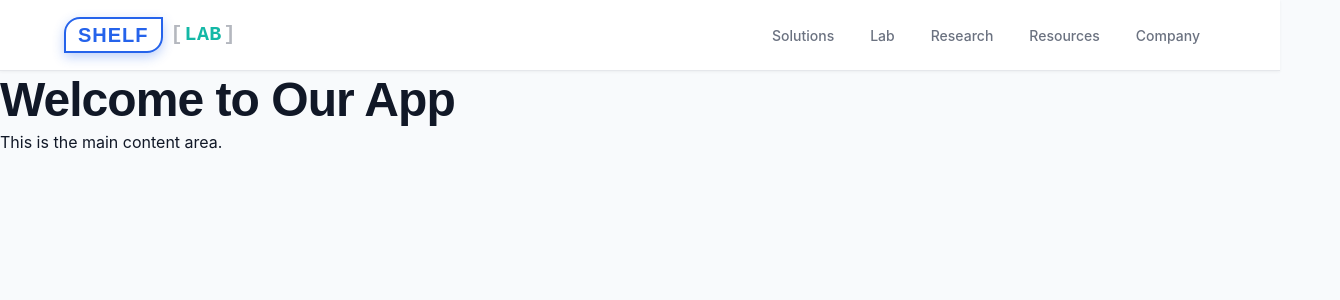
Repository: VladimirGagarin/shelf
Page: /
These files come from the project's save history. The page is drawn as it stood at one moment and after the next save; the edit follows.
The browser window is 1280 px wide. The page is 1340 px wide, so the pictures cover 1340 px, including what lies to the right of the window. The pictures show the whole page.
The project was rebuilt for these pictures with package versions that can differ from the ones it lists, and the page was loaded fresh each time. Also part of the build but not shown: vite.config.js, src/App.css, src/About/about.jsx.

Above is the page before, as saved 2026-07-13 18:36:32.

### index.html
<!doctype html>
<html lang="en">
  <head>
    <meta charset="UTF-8" />
    <link rel="icon" type="image/svg+xml" href="/favicon.svg" />
    <meta name="viewport" content="width=device-width, initial-scale=1.0" />
    <title>shelf-lab</title>
  </head>
  <body>
    <div id="root"></div>
    <script type="module" src="/src/main.jsx"></script>
  </body>
</html>

### src/main.jsx
import { StrictMode } from 'react'
import { createRoot } from 'react-dom/client'
import './index.css'
import App from './App.jsx'
import { createBrowserRouter, RouterProvider } from "react-router-dom";
import AboutPage from './About/about.jsx'

const router = createBrowserRouter([
  {
    path: "/",
    element: <App />,
  },
  {
    path: "/about",
    element: <AboutPage />,
  },
  {
    path:"*",
    element: <App/>,
  }
]);

createRoot(document.getElementById('root')).render(
  <StrictMode>
    <RouterProvider router={router} />
  </StrictMode>,
)

### src/App.jsx
import Navbar from "./Shared/components/Navbar"
import './App.css'

function App() {


  return (
    <>
      <Navbar />
      <section className="LandingPage">
        <h1>Welcome to Our App</h1>
        <p>This is the main content area.</p>
      </section>
      <section className="LandingPage"></section>
    </>
  )
}

export default App

### src/Shared/components/Navbar.jsx
import "./Navbar.css";
import { FaBars, FaTimes } from "react-icons/fa";
import { useState, useEffect, useRef } from "react";

export default function Navbar() {
  const [isMobile, setIsMobile] = useState(window.innerWidth <= 768);
  const [isMenuOpen, setIsMenuOpen] = useState(false);
  const menuRef = useRef(null);
  const buttonRef = useRef(null);

  // Handle window resize
  useEffect(() => {
    const handleResize = () => {
      const mobile = window.innerWidth <= 768;
      setIsMobile(mobile);
      if (!mobile) setIsMenuOpen(false); // Close menu on desktop
    };

    window.addEventListener("resize", handleResize);
    return () => window.removeEventListener("resize", handleResize);
  }, []);

  // Handle click outside to close menu
  useEffect(() => {
    const handleClickOutside = (event) => {
      if (
        isMenuOpen &&
        menuRef.current &&
        !menuRef.current.contains(event.target) &&
        !buttonRef.current.contains(event.target)
      ) {
        setIsMenuOpen(false);
      }
    };

    document.addEventListener("mousedown", handleClickOutside);
    return () => document.removeEventListener("mousedown", handleClickOutside);
  }, [isMenuOpen]);

  // Handle escape key to close menu
  useEffect(() => {
    const handleEscape = (event) => {
      if (isMenuOpen && event.key === "Escape") {
        setIsMenuOpen(false);
      }
    };

    document.addEventListener("keydown", handleEscape);
    return () => document.removeEventListener("keydown", handleEscape);
  }, [isMenuOpen]);

  // Prevent body scroll when menu is open on mobile
  useEffect(() => {
    if (isMenuOpen && isMobile) {
      document.body.style.overflow = "hidden";
    } else {
      document.body.style.overflow = "unset";
    }
    return () => {
      document.body.style.overflow = "unset";
    };
  }, [isMenuOpen, isMobile]);

  const toggleMenu = () => {
    setIsMenuOpen(!isMenuOpen);
  };

  const navItems = [
    {
      title: "Solutions",
      children: [
        { label: "Services", link: "/services" },
        { label: "Industries", link: "/industries" },
        { label: "Case Studies", link: "/case-studies" },
        { label: "Request Solution", link: "/request" },
      ],
    },
    {
      title: "Lab",
      children: [
        { label: "Algorithms", link: "/algorithms" },
        { label: "Experiments", link: "/experiments" },
        { label: "Challenges", link: "/challenges" },
        { label: "Demos", link: "/demos" },
      ],
    },
    {
      title: "Research",
      children: [
        { label: "Research Lab", link: "/research" },
        { label: "Benchmarks", link: "/benchmarks" },
        { label: "Publications", link: "/publications" },
      ],
    },
    {
      title: "Resources",
      children: [
        { label: "Blog", link: "/blog" },
        { label: "Tutorials", link: "/tutorials" },
        { label: "Documentation", link: "/docs" },
      ],
    },
    {
      title: "Company",
      children: [
        { label: "About", link: "/about" },
        { label: "Careers", link: "/careers" },
        { label: "Contact", link: "/contact" },
      ],
    },
  ];

  return (
    <>
      <nav className="navbar" role="navigation" aria-label="Main navigation">
        <div className="navbar-container">
          {/* Logo */}
          <div className="nav-logo">
            <a href="/" aria-label="ShelfLab Home">
              <h2 className="hero-title">
                <span className="shelf-box">SHELF</span>
                <span className="lab-text">LAB</span>
              </h2>
            </a>
          </div>

          {/* Desktop Menu */}
          {!isMobile && (
            <div className="nav-menu">
              <ul className="nav-list">
                {navItems.map((item, index) => (
                  <li key={index} className="nav-item">
                    <button
                      className="nav-link"
                      aria-haspopup="true"
                      aria-expanded="false"
                    >
                      {item.title}
                    </button>
                    <ul className="dropdown-menu">
                      {item.children.map((child, childIndex) => (
                        <li key={childIndex}>
                          <a href={child.link} className="dropdown-link">
                            {child.label}
                          </a>
                        </li>
                      ))}
                    </ul>
                  </li>
                ))}
              </ul>
            </div>
          )}

          {/* Mobile Menu Button */}
          {isMobile && (
            <button
              ref={buttonRef}
              className="menu-toggle"
              onClick={toggleMenu}
              aria-label={isMenuOpen ? "Close menu" : "Open menu"}
              aria-expanded={isMenuOpen}
              aria-controls="mobile-menu"
            >
              {isMenuOpen ? <FaTimes /> : <FaBars />}
            </button>
          )}
        </div>
      </nav>

      {/* Mobile Menu Overlay */}
      {isMobile && (
        <div
          id="mobile-menu"
          ref={menuRef}
          className={`mobile-menu ${isMenuOpen ? "open" : ""}`}
          role="dialog"
          aria-modal="true"
          aria-label="Mobile navigation"
        >
          <div className="mobile-menu-content">
            <ul className="mobile-nav-list">
              {navItems.map((item, index) => (
                <li key={index} className="mobile-nav-item">
                  <div className="mobile-nav-header">
                    <span>{item.title}</span>
                  </div>
                  <ul className="mobile-submenu">
                    {item.children.map((child, childIndex) => (
                      <li key={childIndex}>
                        <a
                          href={child.link}
                          className="mobile-nav-link"
                          onClick={() => setIsMenuOpen(false)}
                        >
                          {child.label}
                        </a>
                      </li>
                    ))}
                  </ul>
                </li>
              ))}
            </ul>
          </div>
        </div>
      )}
    </>
  );
}

### src/About/about.css
/* about.css */

/* ========================================
   ABOUT PAGE STYLES
   ======================================== */

   :root {
  /* ===== COLORS ===== */
  /* Backgrounds */
  --bg-primary: #F8FAFC;
  --bg-surface: #FFFFFF;
  --bg-card: #FFFFFF;

  /* Primary */
  --color-primary: #2563EB;
  --color-primary-hover: #1D4ED8;

  /* Accent */
  --color-accent: #14B8A6;

  /* Text */
  --color-text: #111827;
  --color-text-secondary: #6B7280;

  /* Borders */
  --color-border: #E5E7EB;

  /* Status */
  --color-success: #22C55E;
  --color-warning: #F59E0B;
  --color-danger: #EF4444;

  /* ===== TYPOGRAPHY ===== */
  /* Font Families */
  --font-heading: 'Space Grotesk', 'Sora', sans-serif;
  --font-body: 'Inter', -apple-system, BlinkMacSystemFont, 'Segoe UI', Roboto, sans-serif;
  --font-code: 'JetBrains Mono', 'Fira Code', 'Cascadia Code', monospace;

  /* Font Sizes */
  --text-xs: 0.75rem;    /* 12px */
  --text-sm: 0.875rem;   /* 14px */
  --text-base: 1rem;     /* 16px */
  --text-lg: 1.125rem;   /* 18px */
  --text-xl: 1.25rem;    /* 20px */
  --text-2xl: 1.5rem;    /* 24px */
  --text-3xl: 1.875rem;  /* 30px */
  --text-4xl: 2.25rem;   /* 36px */
  --text-5xl: 3rem;      /* 48px */

  /* Font Weights */
  --font-light: 300;
  --font-regular: 400;
  --font-medium: 500;
  --font-semibold: 600;
  --font-bold: 700;
}

/* ===== DARK THEME ===== */
@media (prefers-color-scheme: dark) {
  :root {
    /* Backgrounds */
    --bg-primary: #0B1220;
    --bg-surface: #111827;
    --bg-card: #1E293B;

    /* Primary */
    --color-primary: #3B82F6;
    --color-primary-hover: #2563EB;

    /* Accent */
    --color-accent: #2DD4BF;

    /* Text */
    --color-text: #F8FAFC;
    --color-text-secondary: #CBD5E1;

    /* Borders */
    --color-border: #334155;

    /* Status */
    --color-success: #22C55E;
    --color-warning: #FBBF24;
    --color-danger: #F87171;
  }
}

/* ========================================
   HERO SECTION
   ======================================== */

.hero-section {
  min-height: 80vh;
  display: flex;
  align-items: center;
  background: linear-gradient(135deg, var(--bg-primary) 0%, var(--bg-surface) 100%);
  padding: 4rem 2rem;
  position: relative;
  overflow: hidden;
}

.hero-content {
  flex: 1;
  max-width: 700px;
  position: relative;
  z-index: 2;
}

.hero-badge {
  display: inline-block;
  background: var(--color-primary);
  color: white;
  padding: 0.25rem 1rem;
  border-radius: 50px;
  font-size: var(--text-xs);
  font-weight: var(--font-semibold);
  text-transform: uppercase;
  letter-spacing: 0.05em;
  margin-bottom: 1.5rem;
}

.hero-content h1 {
  font-size: var(--text-5xl);
  font-weight: var(--font-bold);
  color: var(--color-text);
  margin-bottom: 0.5rem;
  letter-spacing: -0.02em;
}

.hero-content h2 {
  font-size: var(--text-3xl);
  font-weight: var(--font-medium);
  color: var(--color-primary);
  margin-bottom: 1.5rem;
}

.hero-description {
  font-size: var(--text-lg);
  color: var(--color-text-secondary);
  line-height: 1.8;
  max-width: 550px;
  margin-bottom: 2rem;
}

.cta-group {
  display: flex;
  gap: 1rem;
  flex-wrap: wrap;
}

.btn-primary {
  display: inline-flex;
  align-items: center;
  gap: 0.5rem;
  background: var(--color-primary);
  color: white;
  padding: 0.75rem 1.75rem;
  border-radius: 0.5rem;
  font-weight: var(--font-medium);
  text-decoration: none;
  transition: all 0.3s ease;
}

.btn-primary:hover {
  background: var(--color-primary-hover);
  transform: translateY(-2px);
  box-shadow: 0 10px 20px rgba(37, 99, 235, 0.3);
}

.btn-secondary {
  display: inline-flex;
  align-items: center;
  gap: 0.5rem;
  background: transparent;
  color: var(--color-text);
  padding: 0.75rem 1.75rem;
  border: 2px solid var(--color-border);
  border-radius: 0.5rem;
  font-weight: var(--font-medium);
  text-decoration: none;
  transition: all 0.3s ease;
}

.btn-secondary:hover {
  border-color: var(--color-primary);
  color: var(--color-primary);
  transform: translateY(-2px);
}

.hero-visual {
  flex: 1;
  position: relative;
  min-height: 400px;
}

.floating-shapes {
  position: relative;
  width: 100%;
  height: 100%;
}

.shape {
  position: absolute;
  border-radius: 50%;
  background: var(--color-primary);
  opacity: 0.1;
  animation: float 6s ease-in-out infinite;
}

.shape-1 {
  width: 200px;
  height: 200px;
  top: 20%;
  right: 20%;
  animation-delay: 0s;
}

.shape-2 {
  width: 150px;
  height: 150px;
  top: 50%;
  right: 50%;
  animation-delay: 2s;
  background: var(--color-accent);
}

.shape-3 {
  width: 100px;
  height: 100px;
  top: 10%;
  right: 60%;
  animation-delay: 4s;
  background: var(--color-success);
}

@keyframes float {
  0%, 100% { transform: translateY(0) rotate(0deg); }
  50% { transform: translateY(-20px) rotate(10deg); }
}

/* ========================================
   WHO WE ARE SECTION
   ======================================== */

.who-we-are-section {
  padding: 5rem 2rem;
  background: var(--bg-surface);
}

.section-container {
  max-width: 1200px;
  margin: 0 auto;
}

.section-header {
  text-align: center;
  margin-bottom: 3rem;
}

.section-tag {
  display: inline-block;
  color: var(--color-primary);
  font-size: var(--text-xs);
  font-weight: var(--font-semibold);
  text-transform: uppercase;
  letter-spacing: 0.1em;
  margin-bottom: 0.5rem;
}

.section-header h2 {
  font-size: var(--text-4xl);
  font-weight: var(--font-bold);
  color: var(--color-text);
  margin-bottom: 0.75rem;
}

.section-subtitle {
  font-size: var(--text-lg);
  color: var(--color-text-secondary);
  max-width: 600px;
  margin: 0 auto;
}

.who-we-are-grid {
  display: grid;
  grid-template-columns: 1fr 1fr;
  gap: 4rem;
  align-items: center;
}

.who-we-are-content p {
  font-size: var(--text-lg);
  color: var(--color-text-secondary);
  line-height: 1.8;
  margin-bottom: 1.5rem;
}

.who-we-are-stats {
  display: grid;
  grid-template-columns: 1fr 1fr 1fr;
  gap: 2rem;
}

.stat-item {
  text-align: center;
  padding: 2rem;
  background: var(--bg-primary);
  border-radius: 0.75rem;
  border: 1px solid var(--color-border);
}

.stat-number {
  display: block;
  font-size: var(--text-3xl);
  font-weight: var(--font-bold);
  color: var(--color-primary);
  margin-bottom: 0.5rem;
}

.stat-label {
  font-size: var(--text-sm);
  color: var(--color-text-secondary);
}

/* ========================================
   MISSION SECTION
   ======================================== */

.mission-section {
  padding: 5rem 2rem;
  background: linear-gradient(135deg, var(--bg-primary) 0%, var(--bg-surface) 100%);
}

.mission-grid {
  display: grid;
  grid-template-columns: 1fr 1fr;
  gap: 3rem;
  max-width: 1000px;
  margin: 0 auto;
}

.mission-card {
  background: var(--bg-card);
  padding: 3rem;
  border-radius: 1rem;
  border: 1px solid var(--color-border);
  text-align: center;
  transition: all 0.3s ease;
}

.mission-card:hover {
  transform: translateY(-5px);
  box-shadow: 0 20px 40px rgba(0, 0, 0, 0.08);
}

.mission-icon {
  font-size: 3rem;
  margin-bottom: 1rem;
}

.mission-card h3 {
  font-size: var(--text-2xl);
  font-weight: var(--font-bold);
  color: var(--color-text);
  margin-bottom: 1rem;
}

.mission-card p {
  color: var(--color-text-secondary);
  line-height: 1.8;
}

/* ========================================
   PRINCIPLES SECTION
   ======================================== */

.principles-section {
  padding: 5rem 2rem;
  background: var(--bg-surface);
}

.principles-cards {
  display: grid;
  grid-template-columns: repeat(auto-fit, minmax(250px, 1fr));
  gap: 2rem;
}

.principle-card {
  background: var(--bg-card);
  padding: 2.5rem 2rem;
  border-radius: 1rem;
  border: 1px solid var(--color-border);
  text-align: center;
  transition: all 0.3s ease;
}

.principle-card:hover {
  transform: translateY(-5px);
  border-color: var(--color-primary);
  box-shadow: 0 10px 30px rgba(37, 99, 235, 0.1);
}

.principle-icon-wrapper {
  display: inline-flex;
  align-items: center;
  justify-content: center;
  width: 64px;
  height: 64px;
  border-radius: 50%;
  background: var(--bg-primary);
  color: var(--color-primary);
  font-size: 1.5rem;
  margin-bottom: 1rem;
  transition: all 0.3s ease;
}

.principle-card:hover .principle-icon-wrapper {
  background: var(--color-primary);
  color: white;
}

.principle-card h3 {
  font-size: var(--text-xl);
  font-weight: var(--font-semibold);
  color: var(--color-text);
  margin-bottom: 0.5rem;
}

.principle-tagline {
  color: var(--color-primary);
  font-weight: var(--font-medium);
  margin-bottom: 0.75rem;
}

.principle-description {
  color: var(--color-text-secondary);
  font-size: var(--text-sm);
  line-height: 1.6;
}

/* ========================================
   WORKFLOW SECTION
   ======================================== */

.workflow-section {
  padding: 5rem 2rem;
  background: var(--bg-primary);
}

.workflow-steps {
  display: flex;
  justify-content: space-between;
  align-items: flex-start;
  gap: 1rem;
  overflow-x: auto;
  padding: 1rem 0;
}

.workflow-step-wrapper {
  display: flex;
  align-items: center;
  flex: 1;
  min-width: 140px;
}

.step-card {
  background: var(--bg-card);
  padding: 2rem 1.5rem;
  border-radius: 0.75rem;
  border: 1px solid var(--color-border);
  text-align: center;
  flex: 1;
  transition: all 0.3s ease;
  position: relative;
}

.step-card:hover {
  transform: translateY(-5px);
  border-color: var(--color-primary);
  box-shadow: 0 10px 30px rgba(37, 99, 235, 0.1);
}

.step-number {
  display: inline-flex;
  align-items: center;
  justify-content: center;
  width: 40px;
  height: 40px;
  border-radius: 50%;
  background: var(--color-primary);
  color: white;
  font-weight: var(--font-bold);
  margin-bottom: 1rem;
}

.step-icon {
  font-size: 1.5rem;
  color: var(--color-primary);
  margin-bottom: 0.75rem;
}

.step-card h3 {
  font-size: var(--text-base);
  font-weight: var(--font-semibold);
  color: var(--color-text);
  margin-bottom: 0.5rem;
}

.step-card p {
  font-size: var(--text-xs);
  color: var(--color-text-secondary);
}

.step-connector {
  color: var(--color-text-secondary);
  font-size: 1.5rem;
  padding: 0 0.5rem;
  flex-shrink: 0;
}

/* ========================================
   INDUSTRIES SECTION
   ======================================== */

.industries-section {
  padding: 5rem 2rem;
  background: var(--bg-surface);
}

.industries-grid {
  display: grid;
  grid-template-columns: repeat(auto-fit, minmax(250px, 1fr));
  gap: 2rem;
}

.industry-card {
  background: var(--bg-card);
  padding: 2.5rem 2rem;
  border-radius: 1rem;
  border: 1px solid var(--color-border);
  text-align: center;
  transition: all 0.3s ease;
}

.industry-card:hover {
  transform: translateY(-5px);
  box-shadow: 0 10px 30px rgba(0, 0, 0, 0.08);
}

.industry-icon {
  font-size: 2.5rem;
  color: var(--color-primary);
  margin-bottom: 1rem;
}

.industry-card h3 {
  font-size: var(--text-xl);
  font-weight: var(--font-semibold);
  color: var(--color-text);
  margin-bottom: 1rem;
}

.industry-items {
  list-style: none;
  padding: 0;
  margin: 0;
}

.industry-items li {
  padding: 0.5rem 0;
  color: var(--color-text-secondary);
  font-size: var(--text-sm);
  border-bottom: 1px solid var(--color-border);
}

.industry-items li:last-child {
  border-bottom: none;
}

/* ========================================
   WHY SHELFLAB SECTION
   ======================================== */

.why-shelflab-section {
  padding: 5rem 2rem;
  background: var(--bg-primary);
}

.why-shelflab-grid {
  display: grid;
  grid-template-columns: repeat(auto-fit, minmax(300px, 1fr));
  gap: 2rem;
}

.why-shelflab-card {
  background: var(--bg-card);
  padding: 3rem 2rem;
  border-radius: 1rem;
  border: 1px solid var(--color-border);
  text-align: center;
  transition: all 0.3s ease;
}

.why-shelflab-card:hover {
  transform: translateY(-5px);
  box-shadow: 0 10px 30px rgba(0, 0, 0, 0.08);
}

.pillar-icon {
  font-size: 3rem;
  color: var(--color-primary);
  margin-bottom: 1rem;
}

.why-shelflab-card h3 {
  font-size: var(--text-xl);
  font-weight: var(--font-semibold);
  color: var(--color-text);
  margin-bottom: 0.75rem;
}

.why-shelflab-card p {
  color: var(--color-text-secondary);
  line-height: 1.6;
}

/* ========================================
   CTA SECTION
   ======================================== */

.cta-section {
  padding: 5rem 2rem;
  background: linear-gradient(135deg, var(--color-primary) 0%, var(--color-primary-hover) 100%);
  text-align: center;
  position: relative;
  overflow: hidden;
}

.cta-section::before {
  content: '';
  position: absolute;
  top: -50%;
  right: -50%;
  width: 100%;
  height: 200%;
  background: rgba(255, 255, 255, 0.05);
  transform: rotate(30deg);
}

.cta-content {
  position: relative;
  z-index: 1;
  max-width: 700px;
  margin: 0 auto;
}

.cta-content h2 {
  font-size: var(--text-4xl);
  font-weight: var(--font-bold);
  color: white;
  margin-bottom: 1.5rem;
}

.cta-content p {
  font-size: var(--text-lg);
  color: rgba(255, 255, 255, 0.9);
  line-height: 1.8;
  margin-bottom: 2rem;
}

.btn-large {
  padding: 1rem 2.5rem;
  font-size: var(--text-lg);
  background: white;
  color: var(--color-primary);
}

.btn-large:hover {
  background: var(--bg-primary);
  transform: translateY(-3px);
  box-shadow: 0 15px 30px rgba(0, 0, 0, 0.2);
}

/* ========================================
   FOOTER
   ======================================== */

.footer {
  background: var(--bg-surface);
  border-top: 1px solid var(--color-border);
  padding: 3rem 2rem 1rem;
}

.footer-content {
  max-width: 1200px;
  margin: 0 auto;
  display: grid;
  grid-template-columns: 2fr 3fr;
  gap: 3rem;
  margin-bottom: 2rem;
}

.footer-brand h2 {
  font-size: var(--text-2xl);
  color: var(--color-primary);
  margin-bottom: 0.5rem;
}

.footer-brand p {
  color: var(--color-text-secondary);
}

.footer-links {
  display: grid;
  grid-template-columns: repeat(3, 1fr);
  gap: 2rem;
}

.footer-column h4 {
  font-size: var(--text-sm);
  font-weight: var(--font-semibold);
  color: var(--color-text);
  margin-bottom: 1rem;
}

.footer-column a {
  display: block;
  color: var(--color-text-secondary);
  text-decoration: none;
  padding: 0.25rem 0;
  font-size: var(--text-sm);
  transition: color 0.3s ease;
}

.footer-column a:hover {
  color: var(--color-primary);
}

.footer-bottom {
  max-width: 1200px;
  margin: 0 auto;
  padding-top: 2rem;
  border-top: 1px solid var(--color-border);
  text-align: center;
}

.footer-bottom p {
  color: var(--color-text-secondary);
  font-size: var(--text-sm);
}

/* ========================================
   RESPONSIVE DESIGN
   ======================================== */

@media (max-width: 1024px) {
  .hero-section {
    flex-direction: column;
    text-align: center;
    padding: 3rem 1.5rem;
  }

  .hero-content {
    max-width: 100%;
  }

  .hero-description {
    margin: 0 auto 2rem;
  }

  .cta-group {
    justify-content: center;
  }

  .who-we-are-grid {
    grid-template-columns: 1fr;
    gap: 2rem;
  }

  .mission-grid {
    grid-template-columns: 1fr;
    gap: 2rem;
  }

  .footer-content {
    grid-template-columns: 1fr;
    gap: 2rem;
  }
}

@media (max-width: 768px) {
  .hero-content h1 {
    font-size: var(--text-3xl);
  }

  .hero-content h2 {
    font-size: var(--text-2xl);
  }

  .hero-description {
    font-size: var(--text-base);
  }

  .who-we-are-stats {
    grid-template-columns: 1fr;
    gap: 1rem;
  }

  .workflow-steps {
    flex-direction: column;
    align-items: stretch;
  }

  .workflow-step-wrapper {
    flex-direction: column;
    min-width: auto;
  }

  .step-connector {
    transform: rotate(90deg);
    padding: 0.5rem 0;
  }

  .footer-links {
    grid-template-columns: 1fr 1fr;
  }

  .cta-content h2 {
    font-size: var(--text-3xl);
  }

  .principles-cards {
    grid-template-columns: 1fr 1fr;
  }
}

@media (max-width: 480px) {
  .hero-section {
    padding: 2rem 1rem;
    min-height: 60vh;
  }

  .hero-content h1 {
    font-size: var(--text-2xl);
  }

  .hero-content h2 {
    font-size: var(--text-xl);
  }

  .cta-group {
    flex-direction: column;
    align-items: center;
  }

  .btn-primary,
  .btn-secondary {
    width: 100%;
    justify-content: center;
  }

  .principles-cards {
    grid-template-columns: 1fr;
  }

  .industries-grid {
    grid-template-columns: 1fr;
  }

  .why-shelflab-grid {
    grid-template-columns: 1fr;
  }

  .footer-links {
    grid-template-columns: 1fr;
  }

  .section-header h2 {
    font-size: var(--text-3xl);
  }

  .mission-card {
    padding: 2rem 1.5rem;
  }
}

/* ========================================
   DARK THEME OVERRIDES
   ======================================== */

@media (prefers-color-scheme: dark) {
  .hero-section {
    background: linear-gradient(135deg, var(--bg-primary) 0%, var(--bg-surface) 100%);
  }

  .mission-section {
    background: linear-gradient(135deg, var(--bg-primary) 0%, var(--bg-surface) 100%);
  }

  .principle-card:hover {
    box-shadow: 0 10px 30px rgba(59, 130, 246, 0.15);
  }

  .stat-item {
    background: var(--bg-surface);
  }

  .cta-section {
    background: linear-gradient(135deg, #1D4ED8 0%, #1E3A8A 100%);
  }
}

/* ========================================
   ACCESSIBILITY
   ======================================== */

@media (prefers-reduced-motion: reduce) {
  * {
    animation-duration: 0.01ms !important;
    animation-iteration-count: 1 !important;
    transition-duration: 0.01ms !important;
  }
}

:focus-visible {
  outline: 2px solid var(--color-primary);
  outline-offset: 2px;
}

/* ========================================
   HERO TITLE WITH STYLED SHELF & LAB
   ======================================== */

.hero-title {
  font-size: var(--text-5xl);
  font-weight: var(--font-bold);
  color: var(--color-text);
  margin-bottom: 0.5rem;
  letter-spacing: -0.02em;
  display: flex;
  align-items: center;
  flex-wrap: wrap;
  gap: 0.25rem;
}

/* SHELF in a box */
.shelf-box {
  display: inline-block;
  background: #;
  color: var(--color-primary);
  padding: 0.25rem 0.75rem;
  border: 2px solid var(--color-primary);
  font-family: var(--font-heading);
  font-weight: var(--font-bold);
  letter-spacing: 0.05em;
  position: relative;
  transition: all 0.3s ease;
  box-shadow: 0 4px 12px rgba(37, 99, 235, 0.3);

  /* Individual corner control */
  border-top-left-radius: 16px;
  border-top-right-radius: 0px;
  border-bottom-right-radius: 16px;
  border-bottom-left-radius: 0px;
}

.shelf-box:hover {
  transform: scale(1.05);
  box-shadow: 0 8px 24px rgba(37, 99, 235, 0.4);
}

/* LAB in different font */
.lab-text {
  display: inline-block;
  font-family: var(--font-code);
  font-weight: var(--font-bold);
  color: var(--color-accent);
  letter-spacing: 0.02em;
  position: relative;
  padding: 0 0.25rem;
  transition: all 0.3s ease;
}

.lab-text::before {
  content: '[';
  color: var(--color-text-secondary);
  opacity: 0.5;
  margin-right: 0.1rem;
}

.lab-text::after {
  content: ']';
  color: var(--color-text-secondary);
  opacity: 0.5;
  margin-left: 0.1rem;
}

.lab-text:hover {
  color: var(--color-primary);
  transform: translateY(-2px);
}

/* Alternative: If you want LAB in a different color and font with badge style */
.lab-text-badge {
  display: inline-block;
  font-family: var(--font-code);
  font-weight: var(--font-bold);
  background: var(--bg-card);
  color: var(--color-accent);
  padding: 0.1rem 0.5rem;
  border-radius: 0.25rem;
  border: 2px solid var(--color-accent);
  letter-spacing: 0.05em;
  transition: all 0.3s ease;
}

.lab-text-badge:hover {
  background: var(--color-accent);
  color: white;
  transform: rotate(-2deg) scale(1.05);
}

/* ========================================
   RESPONSIVE ADJUSTMENTS FOR TITLE
   ======================================== */

@media (max-width: 768px) {
  .hero-title {
    font-size: var(--text-3xl);
    gap: 0.15rem;
  }

  .shelf-box {
    padding: 0.05rem 0.5rem;
    font-size: var(--text-3xl);
  }

  .lab-text {
    font-size: var(--text-3xl);
  }
}

@media (max-width: 480px) {
  .hero-title {
    font-size: var(--text-2xl);
    gap: 0.1rem;
  }

  .shelf-box {
    padding: 0.05rem 0.4rem;
    font-size: var(--text-2xl);
  }

  .lab-text {
    font-size: var(--text-2xl);
  }
}

Loaded but not shown: src/Shared/components/Navbar.css (606 lines, source omitted); src/index.css (384 lines, source omitted)

After the next save:
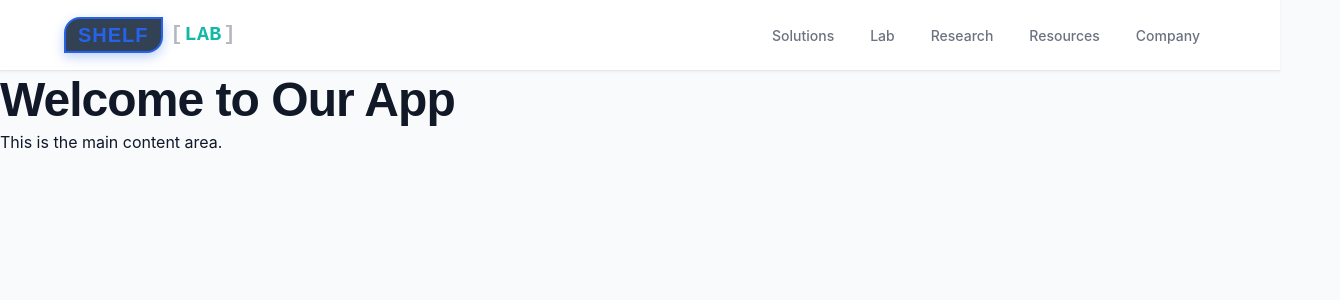
Saved 12 s later.
--- a/src/About/about.css
+++ b/src/About/about.css
@@ -945,7 +945,7 @@
 /* SHELF in a box */
 .shelf-box {
   display: inline-block;
-  background: #;
+  background: #334155;
   color: var(--color-primary);
   padding: 0.25rem 0.75rem;
   border: 2px solid var(--color-primary);
